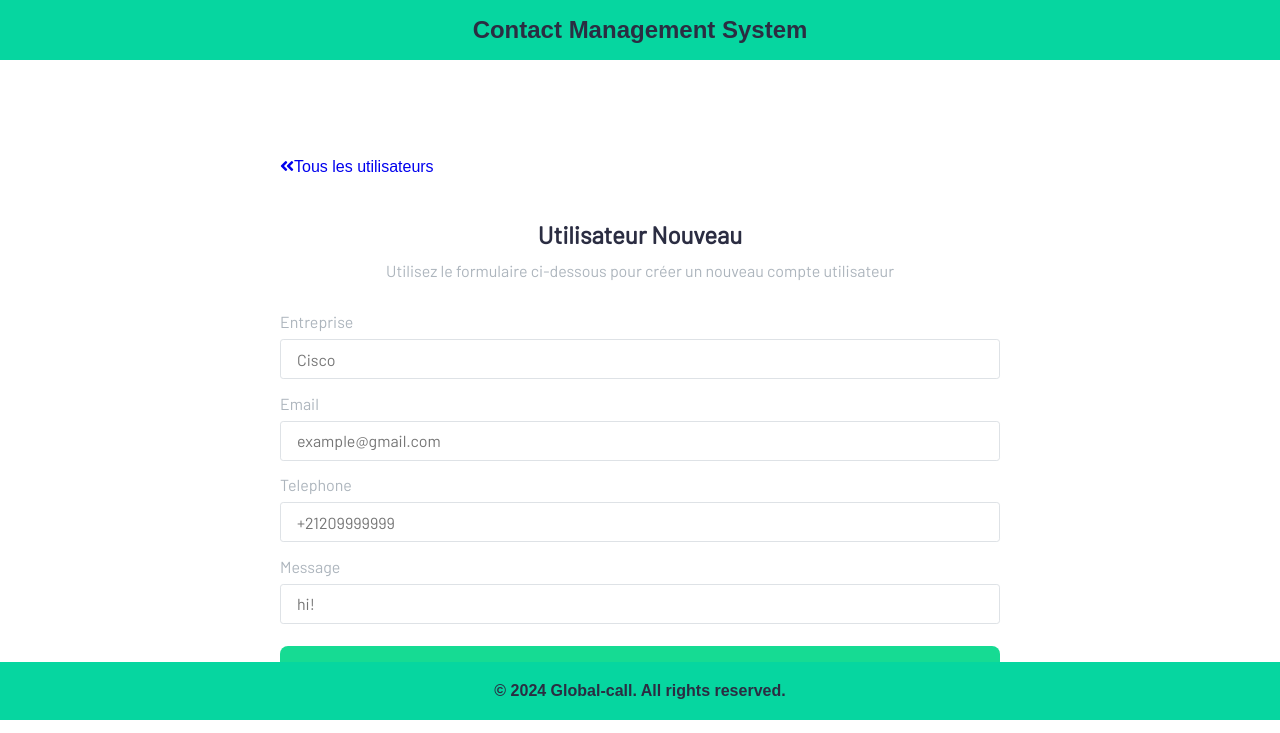
Repository: mohamed-makrani/Global_Development_Service_DBMS
Page: views/add_user.ejs
The author's editor kept a copy of each file at every save. The page is drawn from the files as they stood at one save, then again after a run of saves.
The browser window is 1280 px wide. The pictures show the whole page.
Some web fonts or font styles are not loaded; a fallback is used. The page is served by the project's Node server (DBMS/server.js). The template is opened directly, without the code that normally fills it, so the values that code supplies are empty.

Above is the page before, as saved 2024-04-22 22:08:32.

### views/add_user.ejs
<!-- include header -->
<%- include('include/_header') %>
<!-- include header -->

<!-- Main Site -->
<main id="site-main">
  <div class="container">
    <div class="box-nav d-flex justify-between">
      <div class="filter">
        <a href="/"
          ><i class="fas fa-angle-double-left"></i>Tous les utilisateurs</a
        >
      </div>
    </div>

    <div class="form-title text-center">
      <h2 class="text-dark">Utilisateur Nouveau</h2>
      <span class="text-light"
        >Utilisez le formulaire ci-dessous pour créer un nouveau compte
        utilisateur</span
      >
    </div>
    <%- include('include/_form') %>
  </div>
</main>
<!-- /Main Site -->

<!-- include footer -->
<%- include('include/_footer') %>
<!-- /include footer -->

### views/include/_header.ejs
<!DOCTYPE html>
<html lang="en">
  <head>
    <meta charset="UTF-8" />
    <meta name="viewport" content="width=device-width, initial-scale=1.0" />
    <title>Management System</title>

    <link
      rel="stylesheet"
      href="https://cdnjs.cloudflare.com/ajax/libs/font-awesome/5.15.1/css/all.min.css"
      integrity="sha512-+4zCK9k+qNFUR5X+cKL9EIR+ZOhtIloNl9GIKS57V1MyNsYpYcUrUeQc9vNfzsWfV28IaLL3i96P9sdNyeRssA=="
      crossorigin="anonymous"
    />
    <link rel="stylesheet" href="css/style.css" />
  </head>
  <body>
    <!-- Header -->
    <header id="header">
      <nav>
        <div class="container">
          <div class="text-center">
            <a href="/" class="nav-brand text-dark">
              Contact Management System
            </a>
          </div>
        </div>
      </nav>
    </header>
    <!-- /Header -->
  </body>
</html>

### views/include/_form.ejs
<!-- form handling -->
<form action="/api/users" method="POST" id="add_user">
  <div class="new_user">
    <div class="form-group">
      <label for="entreprise" class="text-light">Entreprise</label>
      <input type="hidden" name="id" value="" />
      <input type="text" name="entreprise" value="" placeholder="Cisco" />
    </div>
    <div class="form-group">
      <label for="Email" class="text-light">Email</label>
      <input
        type="text"
        name="email"
        value=""
        placeholder="example@gmail.com"
      />
    </div>

    <div class="form-group">
      <label for="telephone" class="text-light">Telephone</label>
      <input type="text" name="telephone" value="" placeholder="+21209999999" />
    </div>

    <div class="form-group">
      <label for="message" class="text-light">Message</label>
      <input type="text" name="message" value="" placeholder="hi!" />
    </div>

    <div class="form-group">
      <button type="submit" class="btn text-dark update">Save</button>
    </div>
  </div>
</form>

### views/include/_footer.ejs
<!DOCTYPE html>
<html lang="en">
  <head>
    <meta charset="UTF-8" />
    <meta name="viewport" content="width=device-width, initial-scale=1.0" />
    <style>
      /* Existing CSS styles */
      /* Include your CSS files or styles here */
      body {
        text-decoration: none;
        font-family: "PT Sans", sans-serif;
      }

      /* New CSS rules */
      .text-dark {
        color: var(--dark);
        font-weight: bold; /* Added bold font weight */
      }

      /* CSS styles for the footer */
      footer {
        background-color: #06d6a0;
        color: #fff;
        padding: 20px 0;
        text-align: center;
        position: fixed;
        bottom: 0;
        width: 100%;
      }

      .container {
        max-width: 720px;
        margin: auto;
      }

      .container p {
        margin: 0;
        font-size: 1em;
      }
    </style>
  </head>
  <body>
    <!-- Your existing content goes here -->
    <script
      src="https://cdnjs.cloudflare.com/ajax/libs/jquery/3.5.1/jquery.min.js"
      integrity="sha512-bLT0Qm9VnAYZDflyKcBaQ2gg0hSYNQrJ8RilYldYQ1FxQYoCLtUjuuRuZo+fjqhx/qtq/1itJ0C2ejDxltZVFg=="
      crossorigin="anonymous"
    ></script>
    <script src="/js/index.js"></script>

    <!-- Footer -->
    <footer>
      <div class="container">
        <p class="text-dark">© 2024 Global-call. All rights reserved.</p>
      </div>
    </footer>
  </body>
</html>

### DBMS/server.js
const express = require('express');
const dotenv = require('dotenv');
const morgan = require('morgan');
const bodyparser = require("body-parser");
const path = require('path');

const app = express();

dotenv.config( { path : 'config.env'} )

const PORT = process.env.PORT || 8080

// log requests
app.use(morgan('tiny'));

// parse request to body-parser
app.use(bodyparser.urlencoded({ extended : true}))

// set view engine
app.set("view engine", "ejs")
//app.set("views", path.resolve(__dirname, "views/ejs"))

// load assets
app.use('/css', express.static(path.resolve(__dirname, "assets/css")))
app.use('/img', express.static(path.resolve(__dirname, "assets/img")))
app.use('/js', express.static(path.resolve(__dirname, "assets/js")))


app.get('/', (req, res) => {
  res.send("it's me, the app");
});

app.listen(PORT, () => {
    console.log(`server is running on port ${PORT}`);
  });

### DBMS/assets/css/style.css
@import url('https://fonts.googleapis.com/css2?family=Barlow&family=PT+Sans&display=swap');

:root {
    --dark: #2b2d42;
    --light: #adb5bd;
    --border: #dee2e6;
    --border-btn: #edf2f4;
}

* {
    padding: 0;
    margin: 0;
    box-sizing: border-box;
}

a {
    text-decoration: none;
    font-family: 'PT Sans', sans-serif;
}

.container {
    max-width: 720px;
    margin: auto;
}

.nav-brand {
    font-size: 1.5em;
    font-weight: bold;
}

.d-flex {
    display: flex;
    flex-wrap: wrap;
}

.justify-between {
    justify-content: space-between;
}

.text-center {
    text-align: center;
}

.border-shadow {
    border: 1px solid var(--border-btn);
    box-shadow: 1px 3px 10px #e9ecef;
}

.text-dark {
    color: var(--dark);
}

.inline {
    display: inline-block;
}

.text-light {
    color: var(--light);
}

.text-gradient {
    background: linear-gradient(to right, #8e2de2, #4a00e0);
    -webkit-background-clip: text;
    background-clip: text;
    -webkit-text-fill-color: transparent;
}

#header nav {
    background-color: #06d6a0;
    padding: 1em 0;
    width: 100%;
}

#site-main {
    margin-top: 6em;
    font-family: 'Barlow', sans-serif;
}

#site-main .container .box-nav > a {
    font-size: 1em;
    padding: .5em 1em;
}

#site-main .container form {
    margin: 2em 0;
}

table {
    border-spacing: 0px;
    width: 100%;
}

.table td,
.table th {
    padding: 1.5em; /* Adjust padding to add space */
    vertical-align: top;
    text-align: center;
    border-top: 1px solid var(--border);
}

.table td > a.btn {
    display: inline-block;
    vertical-align: middle;
    margin-right: 0.2em;
}

.table tr {
    height: 3em;
}

.table tr:hover {
    background-color: #06d6a0;
}

.table tr:hover td > a {
    box-shadow: none;
}

.table .thead-dark th {
    color: #fff;
    background-color: var(--dark);
    border-color: #32383e;
}

@media only screen and (max-width: 1024px) {
    table,
    thead,
    tbody,
    th,
    td,
    tr {
        display: block;
    }

    thead tr {
        position: absolute;
        top: -9999px;
        left: -9999px;
    }

    tr {
        border: 1px solid var(--border);
    }

    td {
        border: none;
        position: relative;
    }
}

/*  add user & update user template */
.form-title{
    margin-top: 2em;
}

.form-title > h2{
    padding: .5em 0;
}

.new_user{
    max-width: 786px;
    margin: auto;
}

#update_user .form-group,
#add_user .form-group{
    margin: .4em 0;
}

#update_user .form-group input[type="text"],
#add_user .form-group input[type="text"]{
    width: 100%;
    padding: .6em 1em;
    margin: .5em 0;
    border: 1px solid var(--border);
    font-family: 'Barlow', sans-serif;
    font-size: 1em;
    border-radius: .2em;
}

#update_user .form-group .radio,
#add_user .form-group .radio{
    margin: 1em 2em;
}

/* adding style to radio buttons */
.radio input[type='radio']{
    position: absolute;
    opacity: 0;
}

.radio input[type='radio'] + .radio-label:before{
    content: "";
    background: var(--border-btn);
    border-radius: 100%;
    border: 1px solid var(--border);
    display: inline-block;
    width: 1em;
    height: 1em;
    position: relative;
    top: -0em;
    margin-right: .5em;
    vertical-align: top;
    cursor: pointer;
    text-align: center;
    -webkit-transition: all 250ms ease;
    transition: all 250ms ease;
}

.radio input[type='radio']:checked + .radio-label:before{
    background-color: #16db93;
    box-shadow: inset 0 0 0 4px #e9ecef;
}

.radio input[type='radio']:focus + .radio-label:before{
    outline: none;
    border-color:#16db93;
}

.radio input[type='radio']:disabled + .radio-label:before{
    box-shadow: inset 0 0 0 4px #e9ecef;
    border-color: #b4b4b4;
    background: #b4b4b4;
}

#update_user .form-group .btn,
#add_user .form-group .btn {
    width: 100%;
    padding: .9em 1em;
    background-color: #16db93;
    border: none;
    font-family: 'PT Sans', sans-serif;
    font-size: 1em;
    cursor: pointer;
    border-radius: .5em; /* Added border radius */
    margin: .5em 0;
}

#update_user .form-group .btn:hover,
#add_user .form-group .btn:hover {
    background-color: var(--dark);
    color: var(--border);
}

Loaded but not shown: DBMS/assets/js/index.js (no copy from this time; the picture is the same without it)

After the next 2 saves:
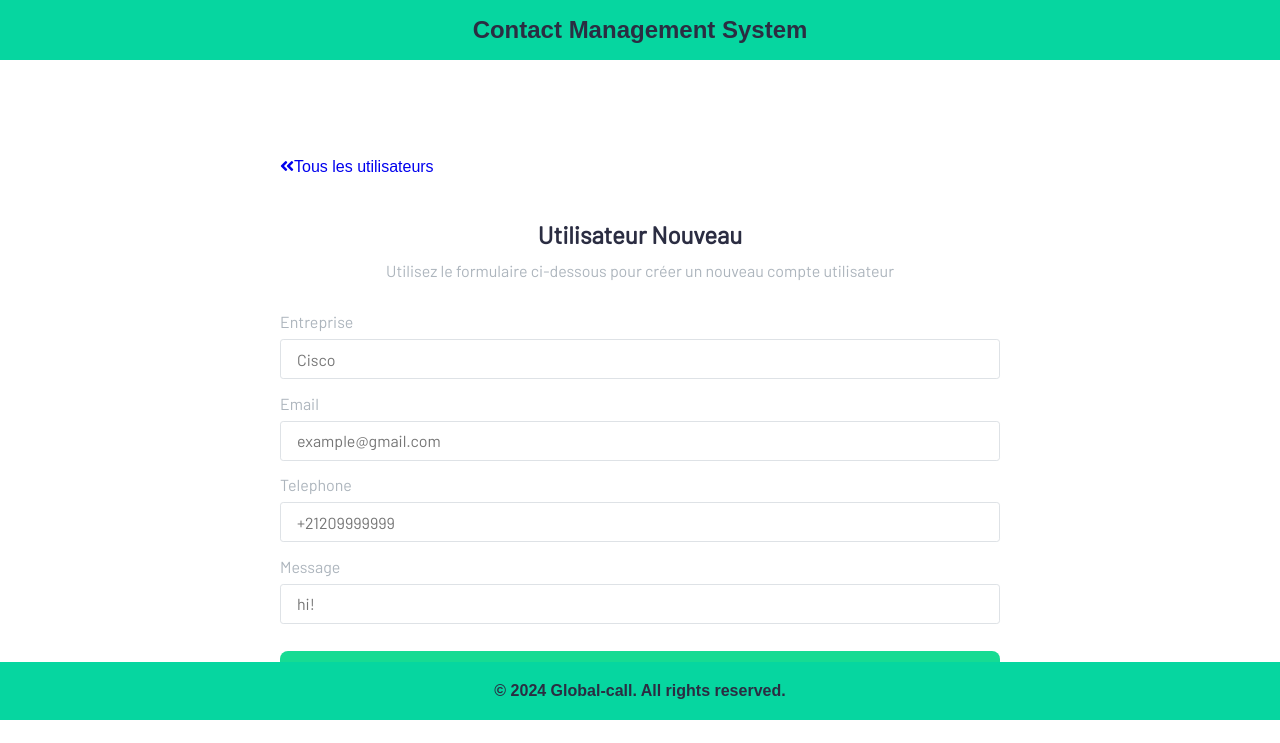
The 2 saves are shown as one change because they came seconds apart.
The last was saved 12 s later.
--- a/DBMS/assets/css/style.css
+++ b/DBMS/assets/css/style.css
@@ -233,7 +233,7 @@
     font-size: 1em;
     cursor: pointer;
     border-radius: .5em; /* Added border radius */
-    margin: .5em 0;
+    margin: .8em 0;
 }
 
 #update_user .form-group .btn:hover,

After the 2 saves that followed:
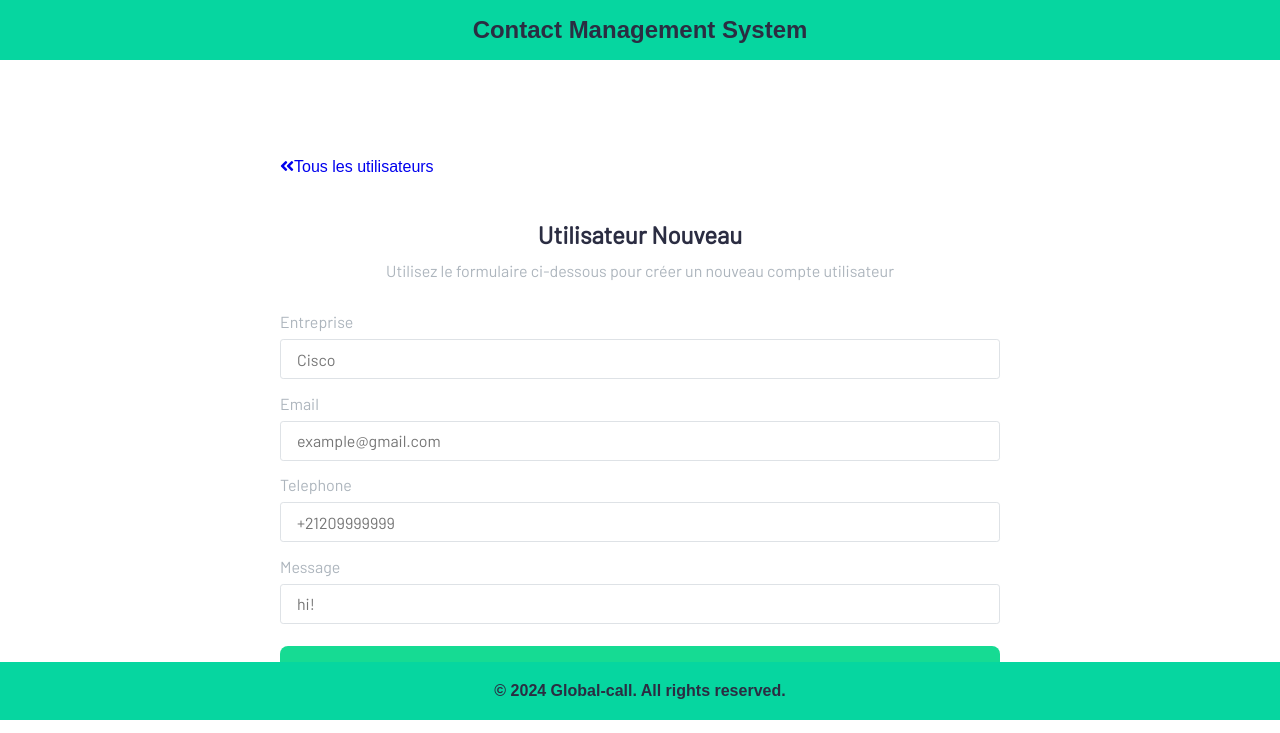
The 2 saves are shown as one change because they came seconds apart.
The last was saved 11 s later.
--- a/DBMS/assets/css/style.css
+++ b/DBMS/assets/css/style.css
@@ -233,7 +233,7 @@
     font-size: 1em;
     cursor: pointer;
     border-radius: .5em; /* Added border radius */
-    margin: .8em 0;
+    margin: .5em 0;
 }
 
 #update_user .form-group .btn:hover,
